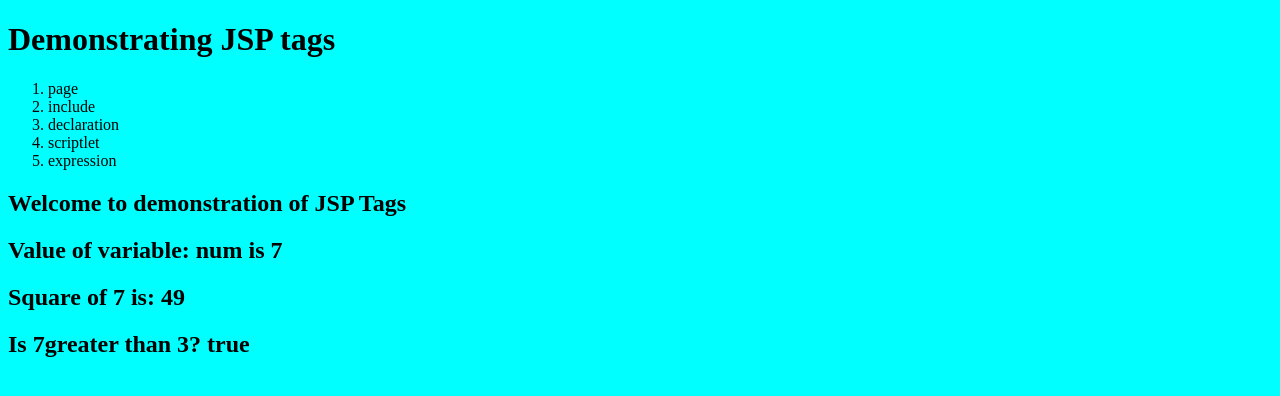
Repository: PallaviWalve/Advance-Java
Page: http://localhost/Web_Project/jsp_tags_demo.jsp
An editor plug-in stored every save of this project. The page is shown before and after the next save, followed by the edit.
The browser window is 1280 px wide. The pictures show the whole page.
The page is served by Tomcat 10.

Above is the page before, as saved 2024-06-06 04:25:05.

After the next save:
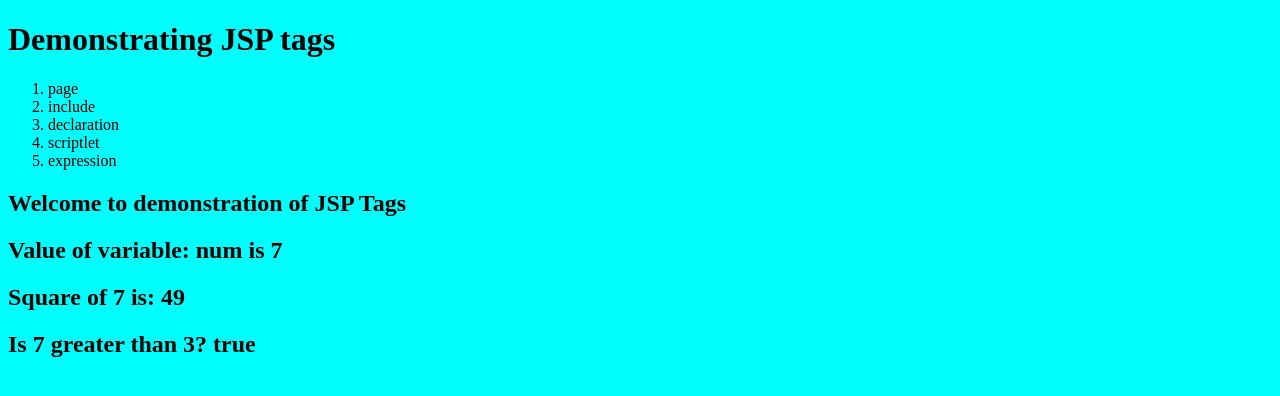
Saved 38 s later.
--- a/Web_Project/src/main/webapp/jsp_tags_demo.jsp
+++ b/Web_Project/src/main/webapp/jsp_tags_demo.jsp
@@ -18,7 +18,7 @@
 	<%--Using the variable and method through expression --%>
 	<h2>Value of variable: num is <%=num %></h2>
 	<h2>Square of <%=num %> is:  <%=(num * num) %></h2>
-	<h2>Is <%=num %>greater than 3? <%=(num > 3) %></h2>
+	<h2>Is <%=num %> greater than 3? <%=(num > 3) %></h2>
 
 </body>
 </html>
